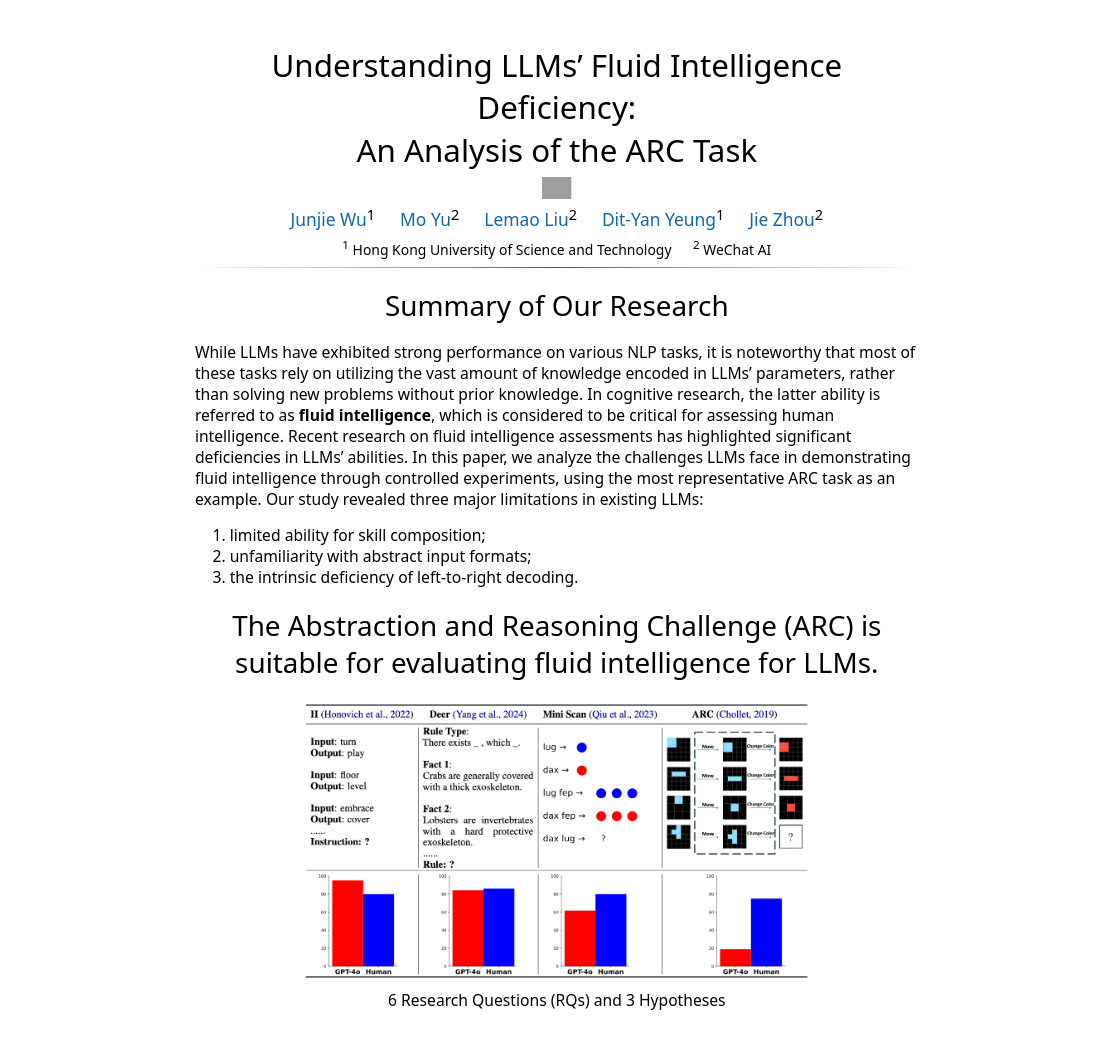
Repository: wujunjie1998/araoc-benchmark.github.io
Page: index.html
An editor plug-in stored every save of this project. The page is shown before and after the next save, followed by the edit.
The browser window is 1280 px wide. The pictures show the whole page, at 87% of full size.
Pictures or frames that could not be fetched are drawn as grey boxes.

Above is the page before, as saved 2025-02-07 22:12:40.

After the next save:
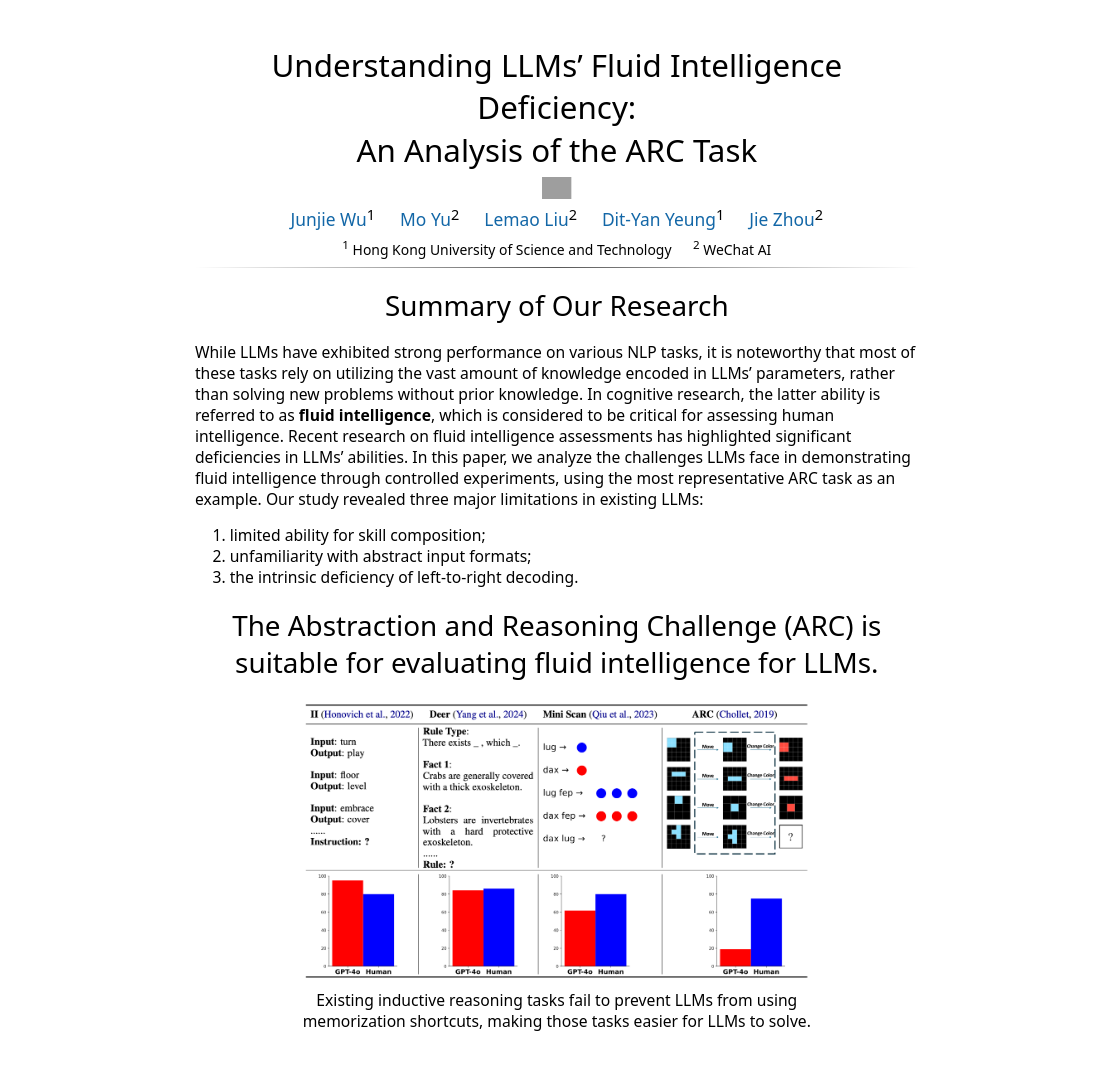
Saved 71 s later.
--- a/index.html
+++ b/index.html
@@ -251,7 +251,7 @@
       <center>
         <img src="./img/fluid1.png" width="70%" />
         <figcaption style="text-align: center">
-          6 Research Questions (RQs) and 3 Hypotheses
+          Existing inductive reasoning tasks fail to prevent LLMs from using memorization shortcuts, making those tasks easier for LLMs to solve.
         </figcaption>
       </center>
     </div>
